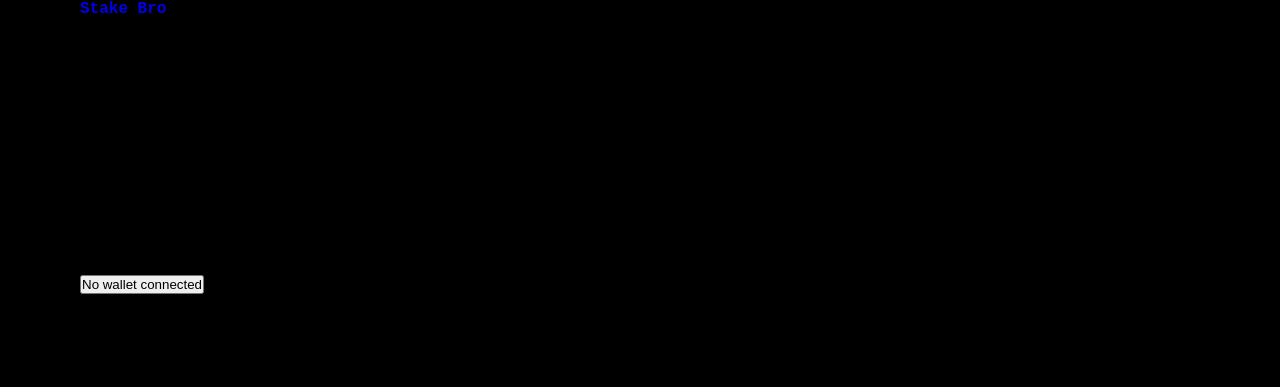
Repository: NorVirae/Stake
Page: /
An editor plug-in stored every save of this project. The page is shown before and after the next save, followed by the edit.
The browser window is 1280 px wide. The pictures show the whole page.
The project was rebuilt for these pictures with package versions that can differ from the ones it lists, and the page was loaded fresh each time.

Above is the page before, as saved 2022-04-18 00:58:24.

### src/App.tsx
import React from 'react';
import './styles/app.css'

function App() {
  return (
    <div className="stake-container">
      <header>
        <nav>
            <a href='logo' className='logo'>Stake Bro</a>
            <ul>
              <li>Connect Wallet</li>
            </ul>
        </nav>
      </header>

      <main>
        <section className='info-global'>
          <div className='inner-container-left'>
            <h1> Stake your FIS earn up-to</h1>
            <h1>100%<sub>APR</sub></h1>

          </div>

          <div className='inner-container-right'>
            <p>Click here to Un-stake 'ur $FIS token form old website</p>
            <span>{"=>"}</span>
          </div>
        </section>

        <section className='connection-info'>
          <div>No Wallet connected</div>
          <div> Connect wallet to see your balance</div>
        </section>

        <section className='reward'>
          <div className='apr-card'>
            <div className='mandela-container'>
              <h4>Mandela</h4>
              <h1>30%<sub>APR</sub></h1>
            </div>


            <div className='limit-container'>
              <h5>Limit:</h5>
              <h3>30,000,000.00 FIS</h3>
            </div>

            <div className='current-container'>
              <h5>Currently Staked</h5>
              <h3>3,392,393.79 FIS</h3>
            </div>

            <button>No wallet connected</button>
          </div>
        </section>

      </main>

      <footer>
        <div className='copyright-info'>
          Copyright &copy; Xend finance 2022. All rights reserved.
        </div>
        <ul>
          <li>About</li>
          <li>Repo</li>

        </ul>
      </footer>

    </div>
  );
}

export default App;

### src/styles/app.css
*{
    padding: 0;
    margin: 0;

}

img {
    width: 100%;
}

li {
    list-style-type: none;
}

body{
    background-color: #000000;
    color: ;
}
.stake-container {
    max-width: 70rem;
    margin:auto;
}

body{

}

nav {
    display:  flex;
    justify-content: space-between;
}

.logo {
    text-decoration: none;
    font-family: 'Courier New', Courier, monospace;
    font-weight: 900;
}

Loaded but not shown: public/index.html (common file); src/index.tsx (common file); src/reportWebVitals.ts (common file)

After the next save:
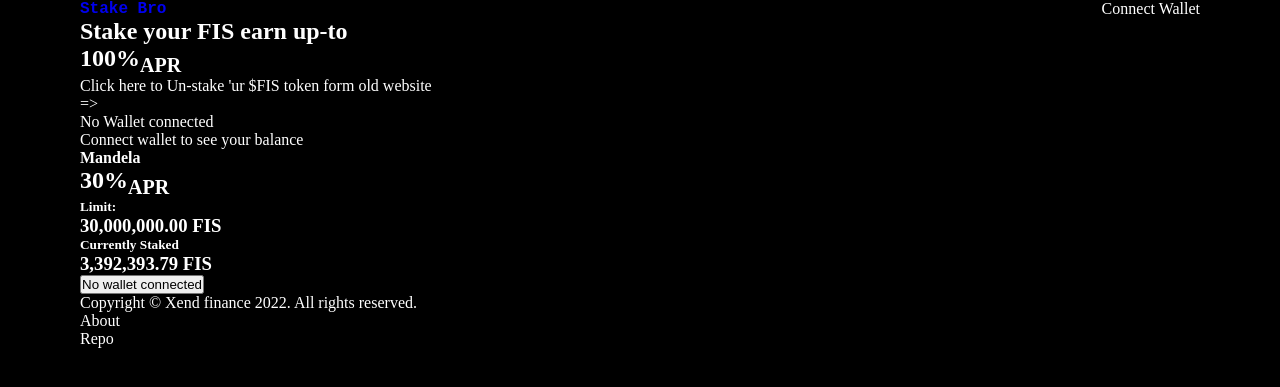
Saved 4 s later.
--- a/src/styles/app.css
+++ b/src/styles/app.css
@@ -14,7 +14,7 @@ li {
 
 body{
     background-color: #000000;
-    color: ;
+    color: #ffff;
 }
 .stake-container {
     max-width: 70rem;
